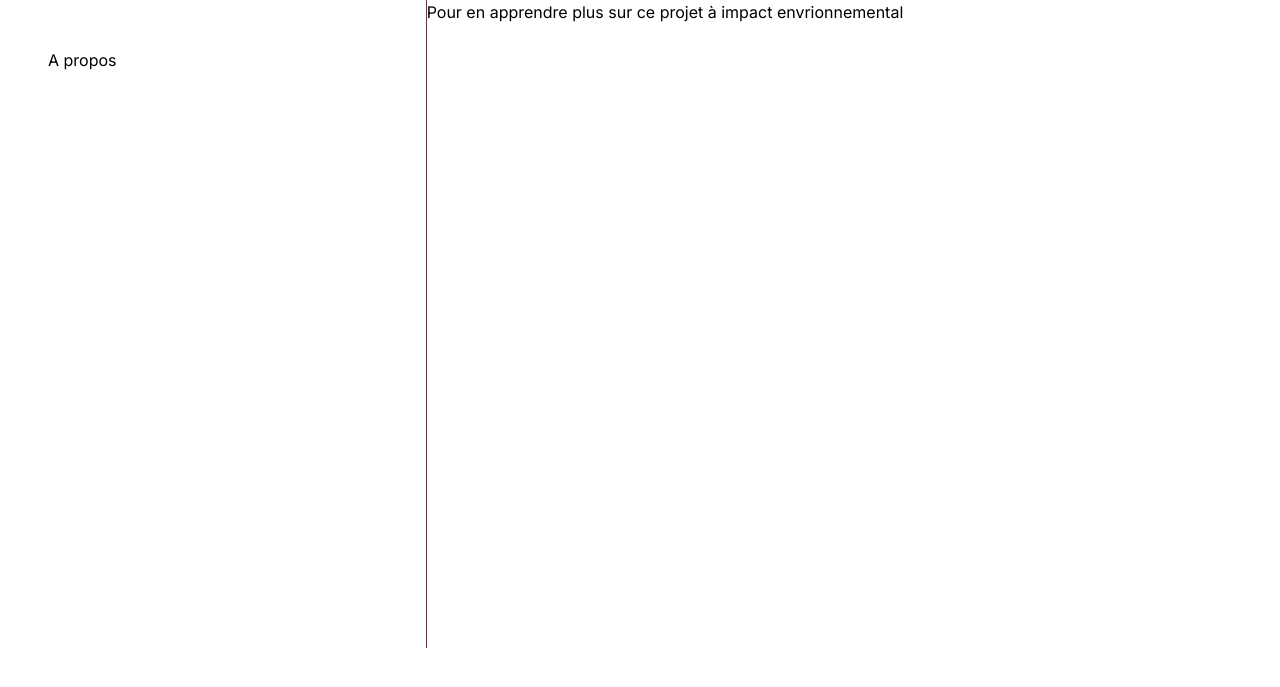
Repository: Neewd/adaozan
Page: /a-propos
These files come from the project's save history. The page is drawn as it stood at one moment and after the next save; the edit follows.
The browser window is 1280 px wide. The pictures show the whole page.
The project was rebuilt for these pictures with package versions that can differ from the ones it lists, and the page was loaded fresh each time. The framework's server and built-in components were replaced by stand-ins that run in the browser. Also part of the build but not shown: next.config.js.

Above is the page before, as saved 2023-08-26 10:14:08.

After the next save:
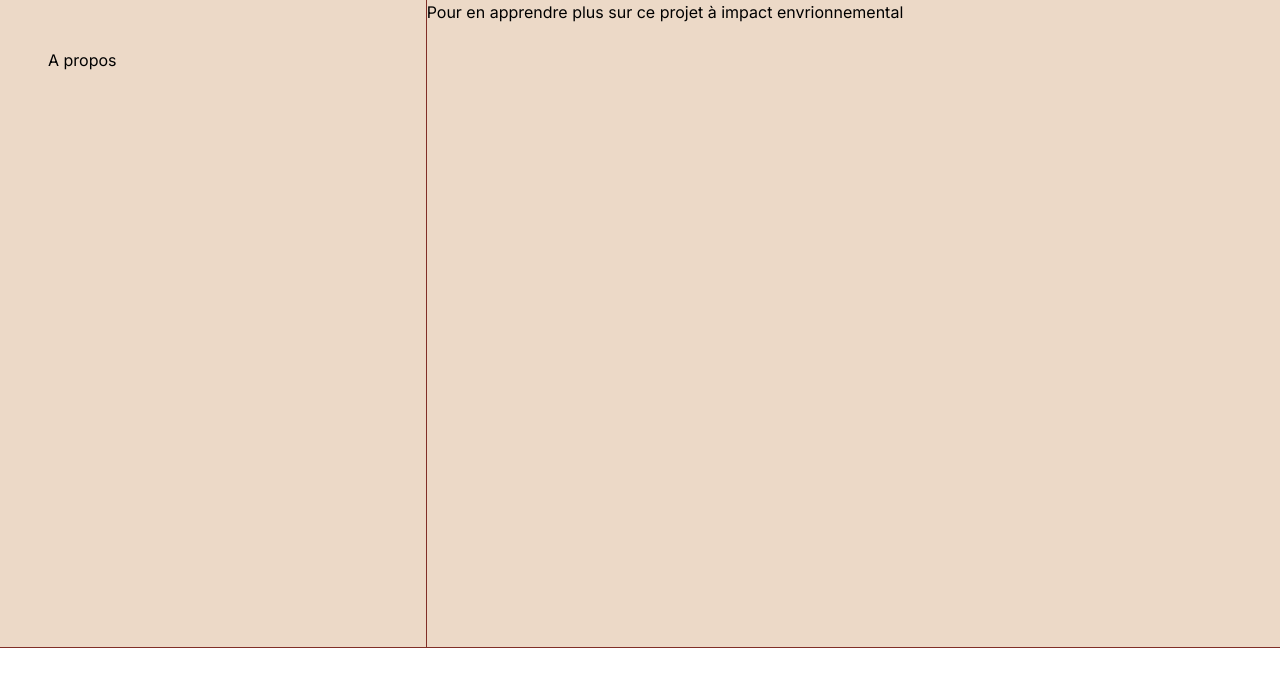
Saved 27 s later.
--- a/app/a-propos/page.tsx
+++ b/app/a-propos/page.tsx
@@ -4,7 +4,7 @@ import ImageCovered from "../components/ImageCovered";
 export default function About() {
 	return (
 		<>
-			<div className="flex top-0 sticky w-full z-1 h-[90vh]">
+			<div className="flex top-0 sticky w-full z-1 h-[90vh] border-b border-brown-100 bg-cream-100">
 				<div className="basis-4/12 p-12 border-r border-brown-100">
 					<h1 className="">A propos</h1>
 				</div>
